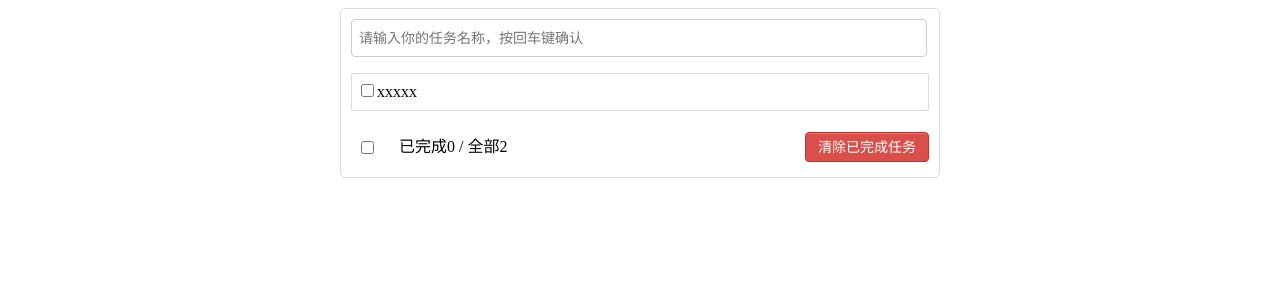
Repository: 319226862/wyy
Page: / (app in vue_test/)
The author's editor kept a copy of each file at every save. The page is drawn from the files as they stood at one save, then again after the next save.
The browser window is 1280 px wide. The pictures show the whole page.
The project was rebuilt for these pictures with package versions that can differ from the ones it lists, and the page was loaded fresh each time. Also part of the build but not shown: vue_test/vue.config.js.

Above is the page before, as saved 2023-06-19 16:49:40.

After the next save:
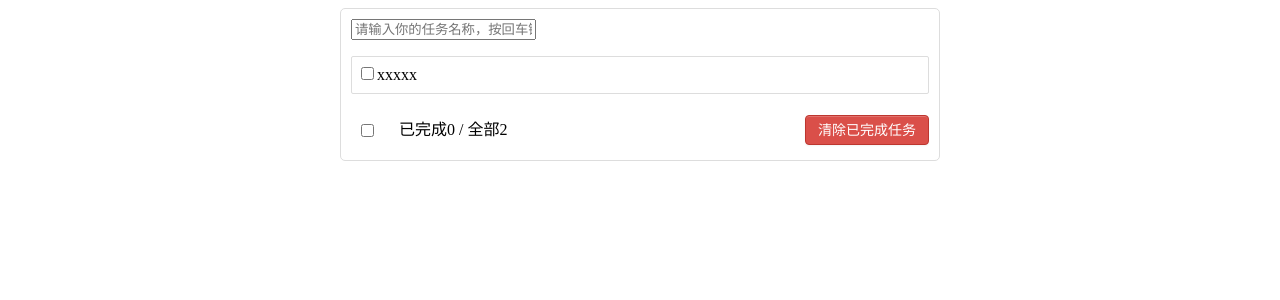
Saved 50 s later.
--- a/vue_test/src/App.vue
+++ b/vue_test/src/App.vue
@@ -72,21 +72,6 @@ body {
   border-radius: 5px;
 }
 
-/*header*/
-.todo-header input {
-  width: 560px;
-  height: 28px;
-  font-size: 14px;
-  border: 1px solid #ccc;
-  border-radius: 4px;
-  padding: 4px 7px;
-}
-
-.todo-header input:focus {
-  outline: none;
-  border-color: rgba(82, 168, 236, 0.8);
-  box-shadow: inset 0 1px 1px rgba(0, 0, 0, 0.075), 0 0 8px rgba(82, 168, 236, 0.6);
-}
 
 /*main*/
 .todo-main {

After the save that followed:
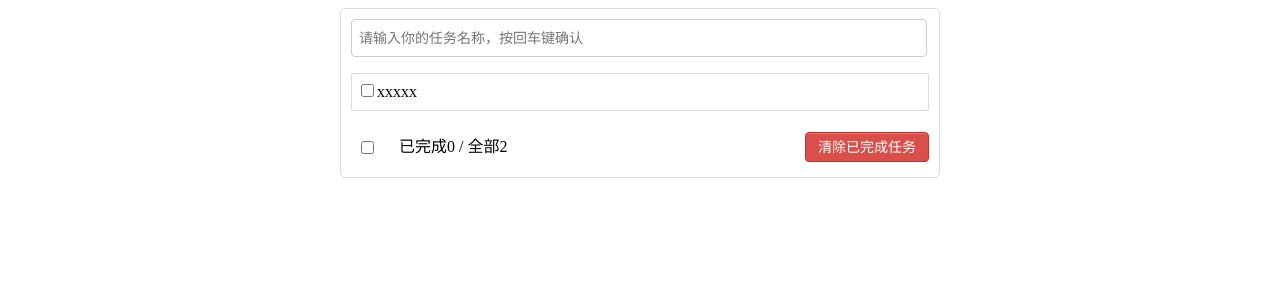
Saved 3 s later.
--- a/vue_test/src/components/MyHeader.vue
+++ b/vue_test/src/components/MyHeader.vue
@@ -11,5 +11,20 @@ export default {
 </script>
 
 <style>
+/*header*/
+.todo-header input {
+  width: 560px;
+  height: 28px;
+  font-size: 14px;
+  border: 1px solid #ccc;
+  border-radius: 4px;
+  padding: 4px 7px;
+}
+
+.todo-header input:focus {
+  outline: none;
+  border-color: rgba(82, 168, 236, 0.8);
+  box-shadow: inset 0 1px 1px rgba(0, 0, 0, 0.075), 0 0 8px rgba(82, 168, 236, 0.6);
+}
 
 </style>
